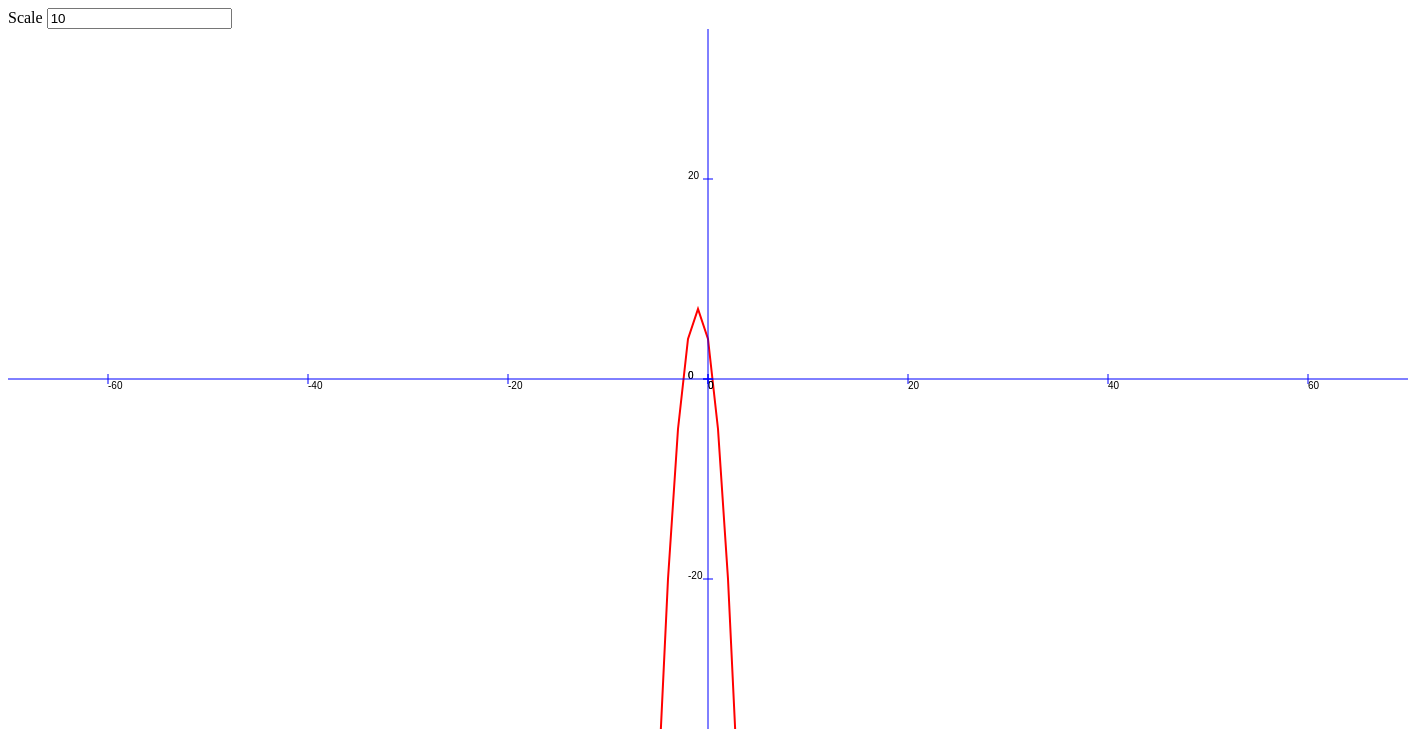
Repository: tclintaichung/book
Page: ex16/ex16_01/frame.html
The author's editor kept a copy of each file at every save. The page is drawn from the files as they stood at one save, then again after the next save.
The browser window is 1280 px wide. The page is 1408 px wide, so the pictures cover 1408 px, including what lies to the right of the window. The pictures show the whole page.

Above is the page before, as saved 2025-09-27 16:36:39.

After the next save:
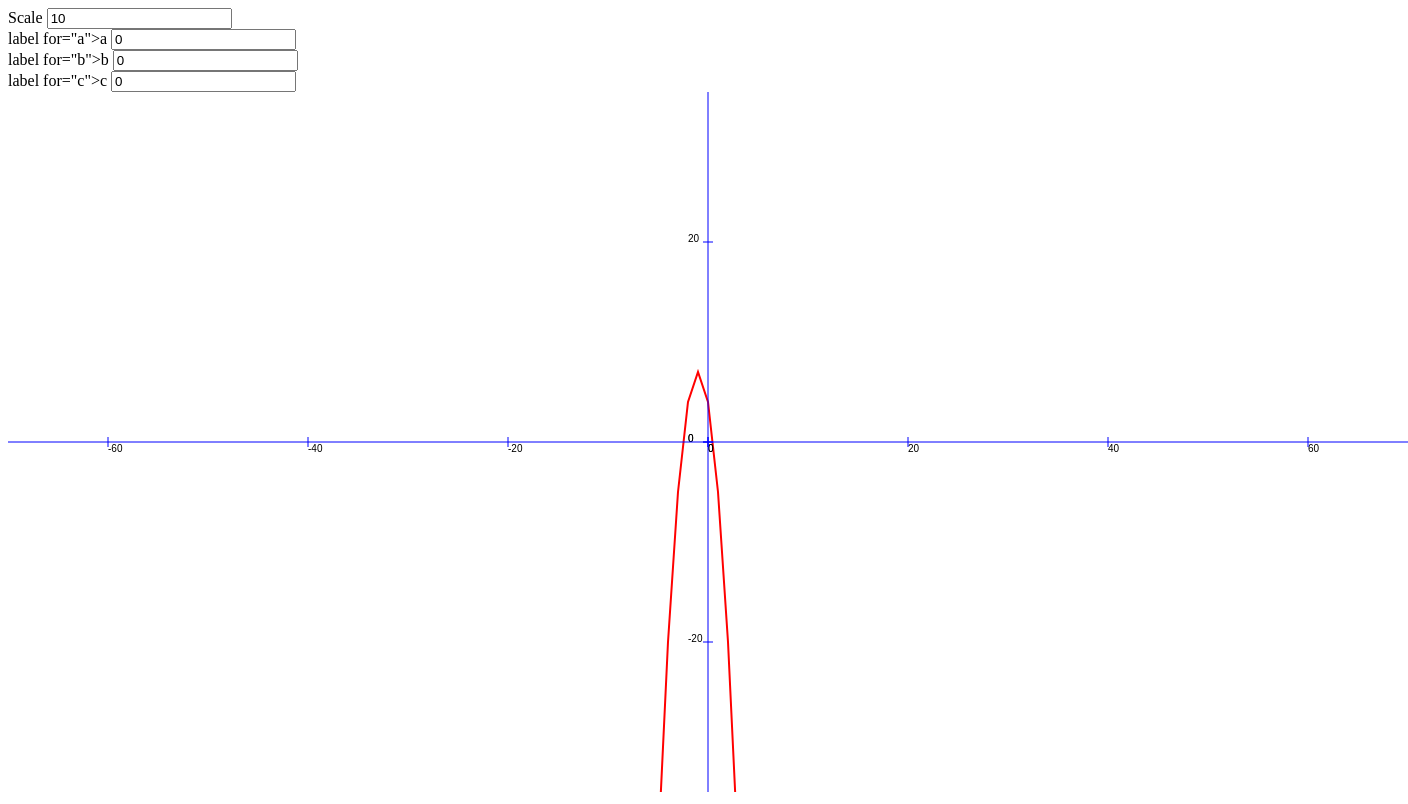
Saved 97 s later.
--- a/ex16/ex16_01/frame.html
+++ b/ex16/ex16_01/frame.html
@@ -7,8 +7,13 @@
 </head>
 <body>
 <label for="scale">Scale</label>
-  <input type="number" name="scale" value="10" id="scale">
-
+  <input type="number" name="scale" value="10" id="scale"><br/>
+  label for="a">a</label>
+  <input type="number" name="offset" value="0" id="a"><br/>
+  label for="b">b</label>
+  <input type="number" name="offset" value="0" id="b"><br/>
+  label for="c">c</label>
+  <input type="number" name="offset" value="0" id="c"><br/>
 
     <canvas id="myCanvas" width="300px" height="300px"></canvas>
     <script>
